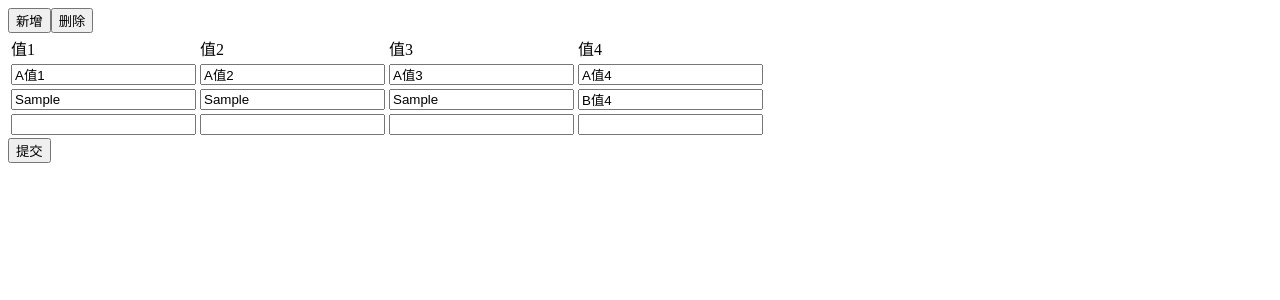
Repository: luckybright/springmvc
Page: springmvc/WebContent/jsp/tableForm.html
An editor plug-in stored every save of this project. The page is shown before and after the next save, followed by the edit.
The browser window is 1280 px wide. The pictures show the whole page.
Empty fields were first filled with sample values (such as "Sample", 5 or name@example.com).
After loading, the first visible `button` was clicked once.

Above is the page before, as saved 2014-04-25 03:35:17.
Console error: ReferenceError: tableFormAddRow is not defined
Not found: springmvc/WebContent/resources/demos/style.css

### springmvc/WebContent/jsp/tableForm.html
<!DOCTYPE html PUBLIC "-//W3C//DTD HTML 4.01 Transitional//EN" "http://www.w3.org/TR/html4/loose.dtd">
<html>
<head>
<meta http-equiv="Content-Type" content="text/html; charset=UTF-8">
<title>Insert title here</title>
<link rel="stylesheet" href="../css/jquery-ui-1.10.4.custom.css">
<script src="../js/jquery-1.10.1.min.js"></script>
<script src="../js/jquery-ui-1.10.4.custom.js"></script>
<script src="../js/ming.js"></script>
<link rel="stylesheet" href="/resources/demos/style.css">
<style>

</style>
<script>
	$(function() {
	});
</script>
</head>
<body>

	<div class="tableForm">
		<form action="product/tableform.cmd" method="post">
			<input type="hidden" name="formType" value="tableForm">
			<input type="hidden" name="className" value="ming.bean.FormBean">
			<div class="tableFormButtonDiv">
				<button onclick="tableFormAddRow();">新增</button><button onclick="tableFormDeleteRow();">删除</button>
			</div>
			<div class="tableFormDataDiv">
			<table>
				<thead>
					<tr>
						<td>值1</td>
						<td>值2</td>
						<td>值3</td>
						<td>值4</td>
					</tr>
				</thead>
				<tbody>
					<tr>
						<td><input name="value1" value="值1"></td>
						<td><input name="value2" value="值2"></td>
						<td><input name="value3" value="值3"></td>
						<td><input name="value4" value="值4"></td>
					</tr>
					<tr>
						<td><input name="value1" value="A值1"></td>
						<td><input name="value2" value="A值2"></td>
						<td><input name="value3" value="A值3"></td>
						<td><input name="value4" value="A值4"></td>
					</tr>
					<tr>
						<td><input name="value1" value=""></td>
						<td><input name="value2" value=""></td>
						<td><input name="value3" value=""></td>
						<td><input name="value4" value="B值4"></td>
					</tr>
				</tbody>
			</table>
			</div>
			<div class="tableFormSubmitDiv">
				<input type="hidden" name="comment" value="支持的数据类型应该有字符串，数字，可格式化的小数，金额。输入形式有文本框，下拉选择框，日期，（复选框和单选框稍后加）">
				<input type="submit" value="提交">
			</div>
		</form>
	</div>
</body>
</html>

### springmvc/WebContent/js/ming.js
$(function(){
	$("button").click(function(event){
		event.preventDefault();
		var tbody = $(".tableFormDataDiv table tbody");
		var row = tbody.find("tr:first");
		var newRow = $.extend(true, {}, row);
		newRow.find("input").val("");
		tbody.find("tr:last").after(newRow);
	});
});

Loaded but not shown: springmvc/WebContent/css/jquery-ui-1.10.4.custom.css (library); springmvc/WebContent/js/jquery-1.10.1.min.js (library); springmvc/WebContent/js/jquery-ui-1.10.4.custom.js (library)

After the next save:
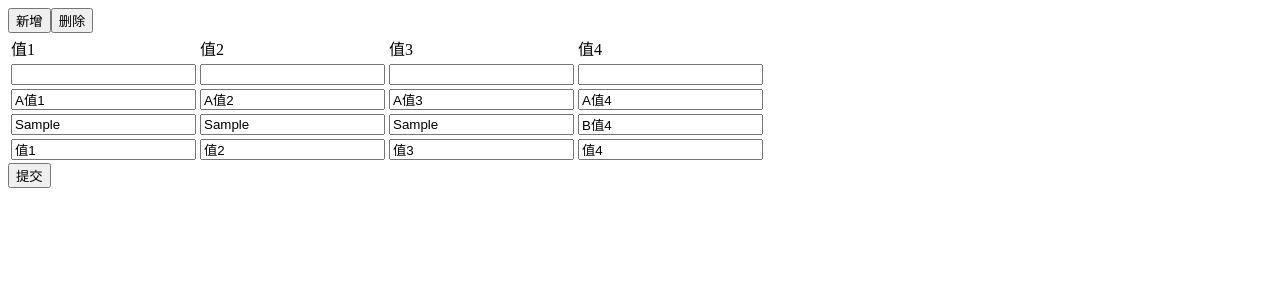
Saved 2 min 10 s later.
--- a/springmvc/WebContent/js/ming.js
+++ b/springmvc/WebContent/js/ming.js
@@ -5,6 +5,6 @@ $(function(){
 		var row = tbody.find("tr:first");
 		var newRow = $.extend(true, {}, row);
 		newRow.find("input").val("");
-		tbody.find("tr:last").after(newRow);
+		tbody.find("tr:last").after(newRow.html());
 	});
 });
